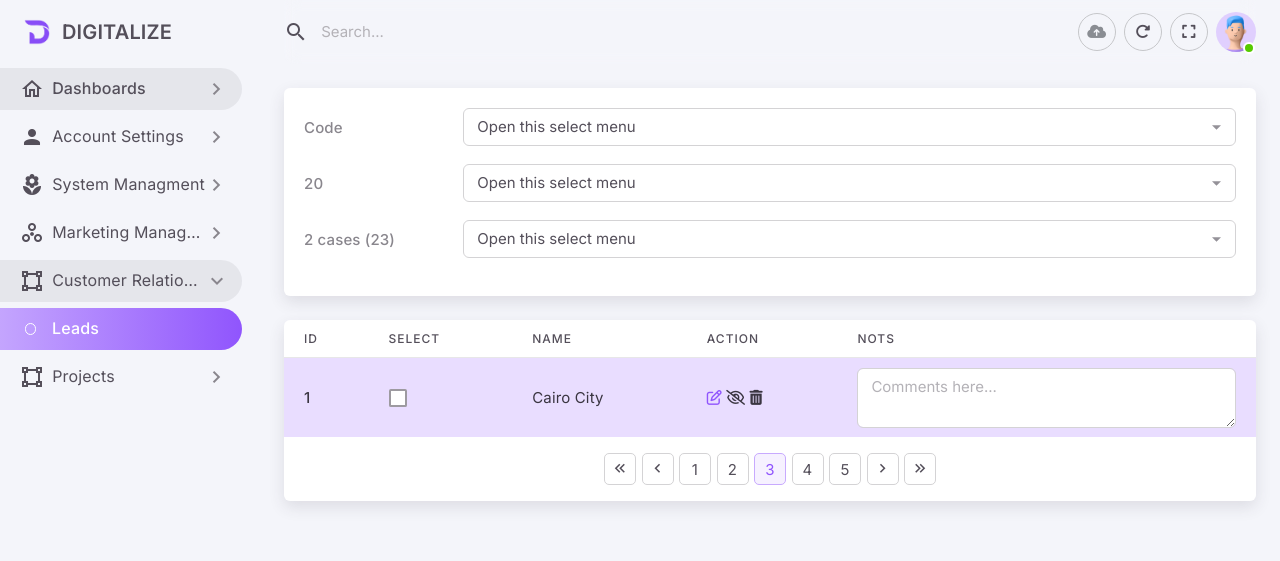
Repository: FadyFathey/sales-crm
Page: html/project-list.html
The author's editor kept a copy of each file at every save. The page is drawn from the files as they stood at one save, then again after the next save.
The browser window is 1280 px wide. The pictures show the whole page.
Some icons come from a web library that is not loaded, so they are not drawn. Some web libraries are served in a nearby version.

Above is the page before, as saved 2024-10-09 14:09:31.
Console error: ReferenceError: d3 is not defined

After the next save:
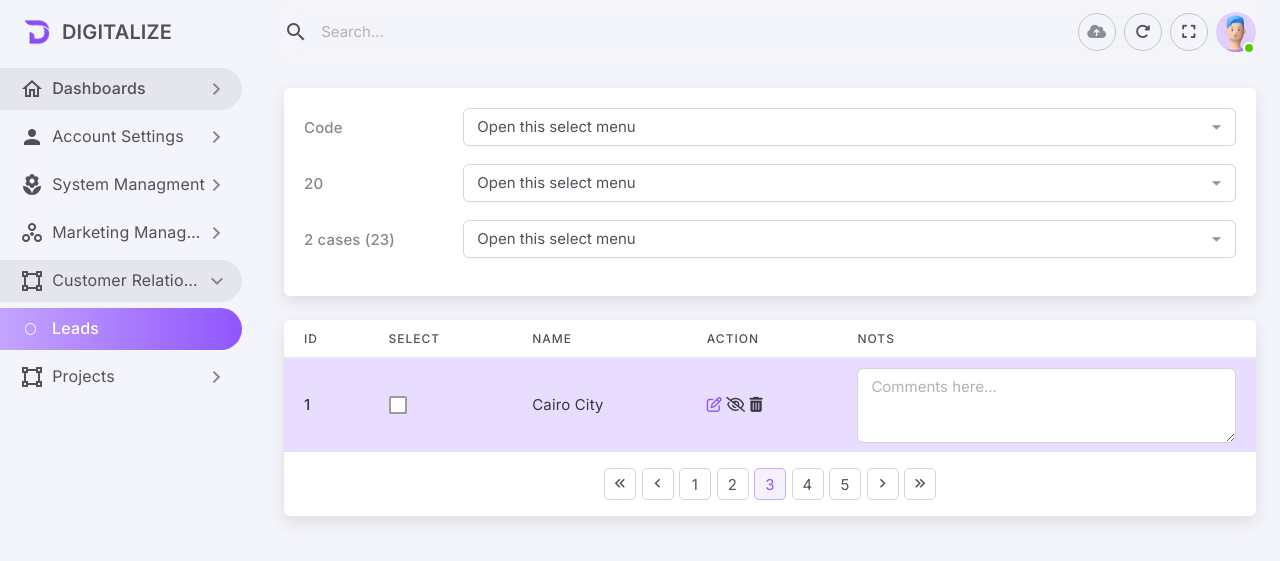
Saved 7 s later.
--- a/html/project-list.html
+++ b/html/project-list.html
@@ -408,7 +408,8 @@
                                                 <i style="cursor: pointer;" class="fa-solid fa-trash-can"></i>
                                             </td>
                                             <td>
-                                                <textarea  hie class="form-control h-px-" id="exampleFormControlTextarea1"
+                                                <textarea hie class="form-control h-px-75"
+                                                    id="exampleFormControlTextarea1"
                                                     placeholder="Comments here..."></textarea>
                                             </td>
                                         </tr>
